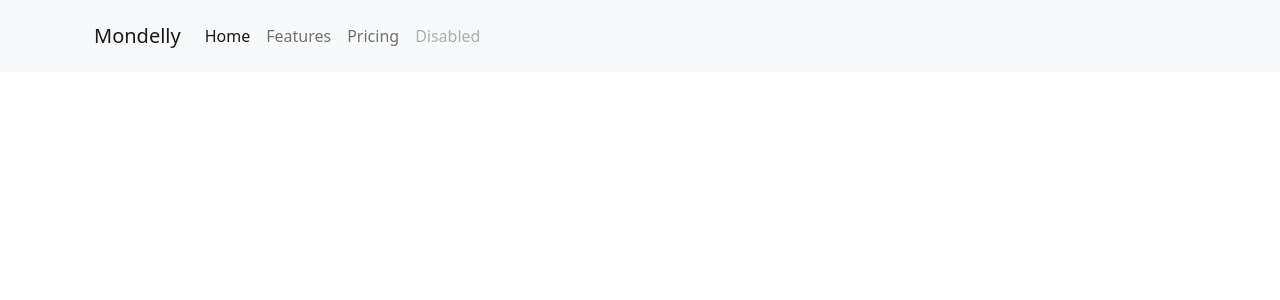
Repository: LifeInClouds/Mondelly
Page: index.html
The author's editor kept a copy of each file at every save. The page is drawn from the files as they stood at one save, then again after the next save.
The browser window is 1280 px wide. The pictures show the whole page.

Above is the page before, as saved 2022-05-02 12:21:35.

After the next save:
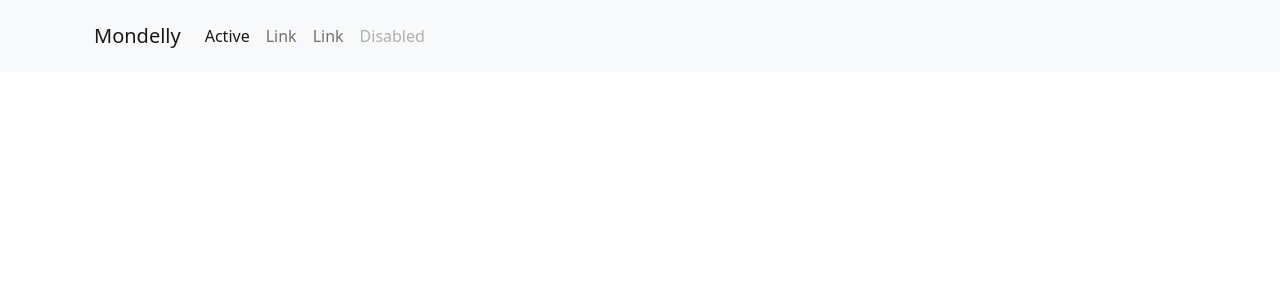
Saved 39 s later.
--- a/index.html
+++ b/index.html
@@ -23,10 +23,20 @@
                           </button>
                           <div class="collapse navbar-collapse" id="navbarNavAltMarkup">
                             <div class="navbar-nav">
-                              <a class="nav-link active" aria-current="page" href="#">Home</a>
-                              <a class="nav-link" href="#">Features</a>
-                              <a class="nav-link" href="#">Pricing</a>
-                              <a class="nav-link disabled" href="#" tabindex="-1" aria-disabled="true">Disabled</a>
+                                <ul class="nav justify-content-end">
+                                    <li class="nav-item">
+                                      <a class="nav-link active" aria-current="page" href="#">Active</a>
+                                    </li>
+                                    <li class="nav-item">
+                                      <a class="nav-link" href="#">Link</a>
+                                    </li>
+                                    <li class="nav-item">
+                                      <a class="nav-link" href="#">Link</a>
+                                    </li>
+                                    <li class="nav-item">
+                                      <a class="nav-link disabled" href="#" tabindex="-1" aria-disabled="true">Disabled</a>
+                                    </li>
+                                  </ul>
                             </div>
                           </div>
                         </div>

After the save that followed:
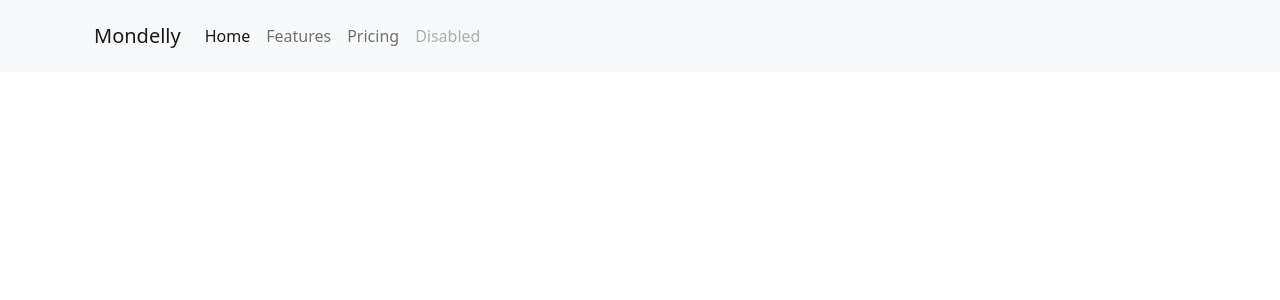
Saved 8 s later.
--- a/index.html
+++ b/index.html
@@ -23,20 +23,10 @@
                           </button>
                           <div class="collapse navbar-collapse" id="navbarNavAltMarkup">
                             <div class="navbar-nav">
-                                <ul class="nav justify-content-end">
-                                    <li class="nav-item">
-                                      <a class="nav-link active" aria-current="page" href="#">Active</a>
-                                    </li>
-                                    <li class="nav-item">
-                                      <a class="nav-link" href="#">Link</a>
-                                    </li>
-                                    <li class="nav-item">
-                                      <a class="nav-link" href="#">Link</a>
-                                    </li>
-                                    <li class="nav-item">
-                                      <a class="nav-link disabled" href="#" tabindex="-1" aria-disabled="true">Disabled</a>
-                                    </li>
-                                  </ul>
+                              <a class="nav-link active" aria-current="page" href="#">Home</a>
+                              <a class="nav-link" href="#">Features</a>
+                              <a class="nav-link" href="#">Pricing</a>
+                              <a class="nav-link disabled" href="#" tabindex="-1" aria-disabled="true">Disabled</a>
                             </div>
                           </div>
                         </div>
